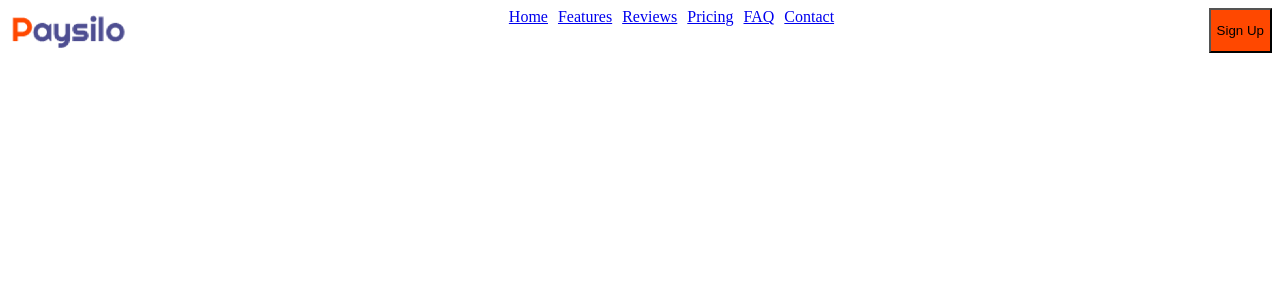
Repository: albertstepanek/test123
Page: index.html
The author's editor kept a copy of each file at every save. The page is drawn from the files as they stood at one save, then again after the next save.
The browser window is 1280 px wide. The pictures show the whole page.

Above is the page before, as saved 2023-06-16 10:27:43.

After the next save:
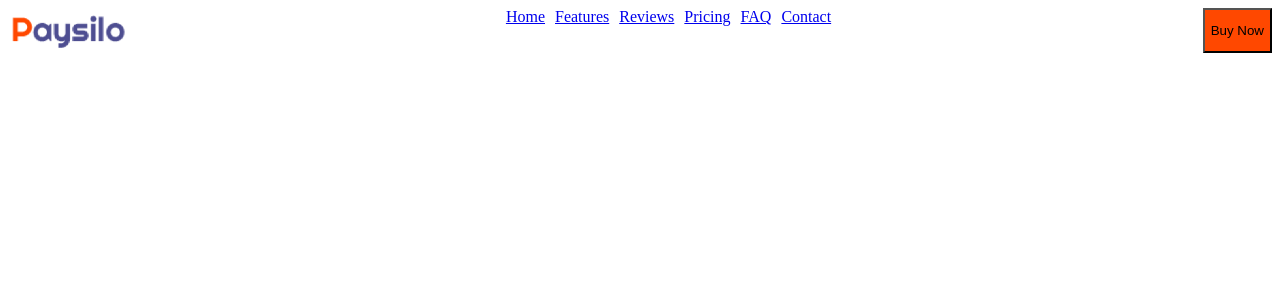
Saved 18 s later.
--- a/index.html
+++ b/index.html
@@ -20,7 +20,7 @@
         <li><a class="navitem" href="about.asp">Contact</a></li>
 
       </ul>
-      <button class="navbutton">Sign Up</button>
+      <button class="navbutton">Buy Now</button>
     </div>
 </body>
 </html>
